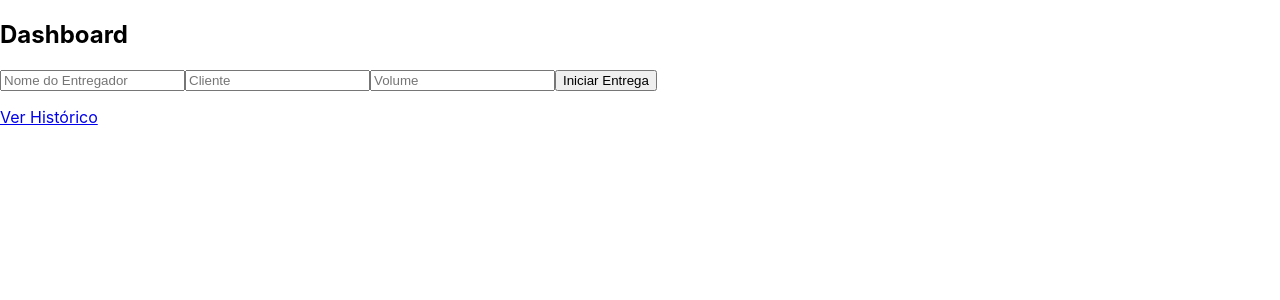
Repository: feliperanon/gestao-entregas
Page: /dashboard (app in frontend/)
These files come from the project's save history. The page is drawn as it stood at one moment and after a run of saves; the edit follows.
The browser window is 1280 px wide. The pictures show the whole page.
The page's requests for data from a server got no answer. The project was rebuilt for these pictures with package versions that can differ from the ones it lists, and the page was loaded fresh each time. No one was signed in, and anything a server would have sent is missing. Also part of the build but not shown: frontend/src/pages/Login.js, frontend/src/pages/History.js.

Above is the page before, as saved 2024-06-27 19:05:40.

After the next 2 saves:
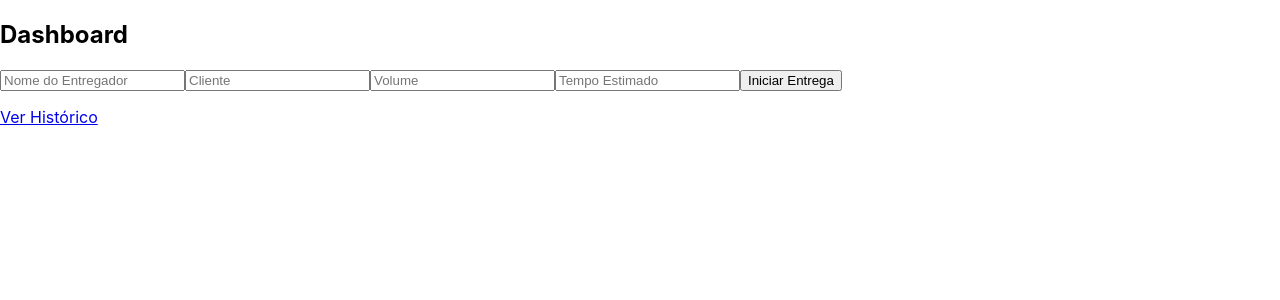
The 2 saves are shown as one change because 1 did not build or start.
The last was saved 11 min 48 s later.
--- a/frontend/src/pages/Dashboard.js
+++ b/frontend/src/pages/Dashboard.js
@@ -4,13 +4,12 @@ import api from '../services/api';
 
 const Dashboard = () => {
   const [entregas, setEntregas] = useState([]);
-  const [form, setForm] = useState({ nomeEntregador: '', cliente: '', volume: '' });
+  const [form, setForm] = useState({ nomeEntregador: '', cliente: '', volume: '', tempoEstimado: '' });
 
   useEffect(() => {
     const fetchEntregas = async () => {
       try {
         const token = localStorage.getItem('token');
-        console.log('Token fetched:', token);
         const response = await api.get('/entregas', {
           headers: { Authorization: `Bearer ${token}` }
         });
@@ -34,7 +33,7 @@ const Dashboard = () => {
         headers: { Authorization: `Bearer ${token}` }
       });
       setEntregas([...entregas, response.data]);
-      setForm({ nomeEntregador: '', cliente: '', volume: '' });
+      setForm({ nomeEntregador: '', cliente: '', volume: '', tempoEstimado: '' });
     } catch (error) {
       console.error('Error adding entrega:', error);
     }
@@ -61,12 +60,13 @@ const Dashboard = () => {
         <input name="nomeEntregador" value={form.nomeEntregador} onChange={handleChange} placeholder="Nome do Entregador" required />
         <input name="cliente" value={form.cliente} onChange={handleChange} placeholder="Cliente" required />
         <input name="volume" value={form.volume} onChange={handleChange} placeholder="Volume" required />
+        <input name="tempoEstimado" value={form.tempoEstimado} onChange={handleChange} placeholder="Tempo Estimado" required />
         <button type="submit">Iniciar Entrega</button>
       </form>
       <ul>
         {entregas.map((entrega) => (
           <li key={entrega._id}>
-            <span>{entrega.nomeEntregador} - {entrega.cliente} - {entrega.volume} - {entrega.status}</span>
+            <span>{entrega.nomeEntregador} - {entrega.cliente} - {entrega.volume} - {entrega.status} - {entrega.tempoEstimado}</span>
             {entrega.status !== 'Finalizada' && (
               <button onClick={() => handleFinalizar(entrega._id)}>Finalizar Entrega</button>
             )}
